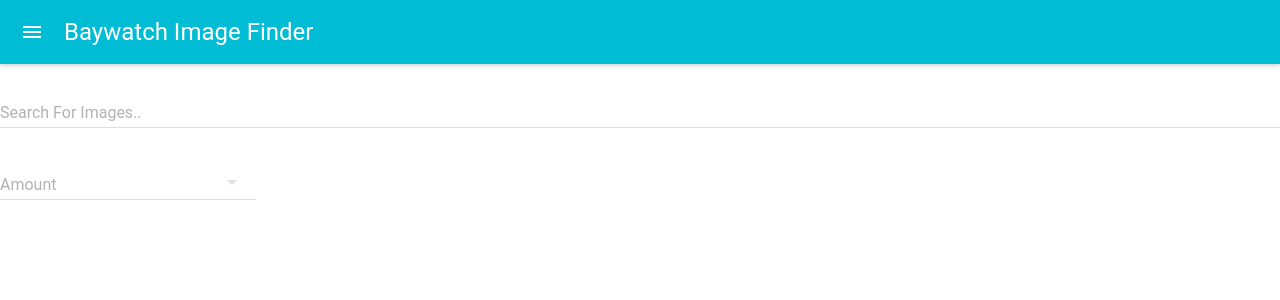
Repository: konstantin0s/pixaBay-api
Page: /
The author's editor kept a copy of each file at every save. The page is drawn from the files as they stood at one save, then again after the next save.
The browser window is 1280 px wide. The pictures show the whole page.
The project was rebuilt for these pictures with package versions that can differ from the ones it lists, and the page was loaded fresh each time. Also part of the build but not shown: src/App.css.

Above is the page before, as saved 2019-05-10 20:51:53.

After the next save:
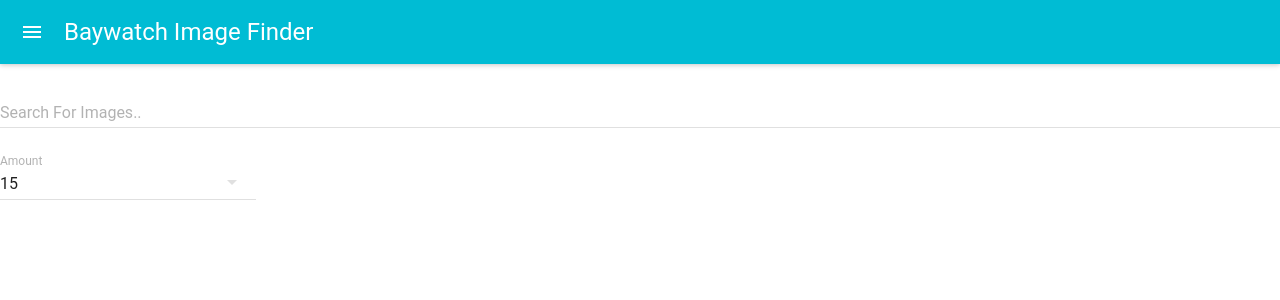
Saved 17 s later.
--- a/src/components/search/Search.js
+++ b/src/components/search/Search.js
@@ -25,8 +25,8 @@
       <SelectField
       name="amount"
       floatingLabelText="Amount"
-      value={this.state.value}
-      onChange={this.handleChange}
+      value={this.state.amount}
+      onChange={this.onAmountChange}
       >
         <MenuItem value={5} primaryText="5"/>
         <MenuItem value={10} primaryText="10"/>
